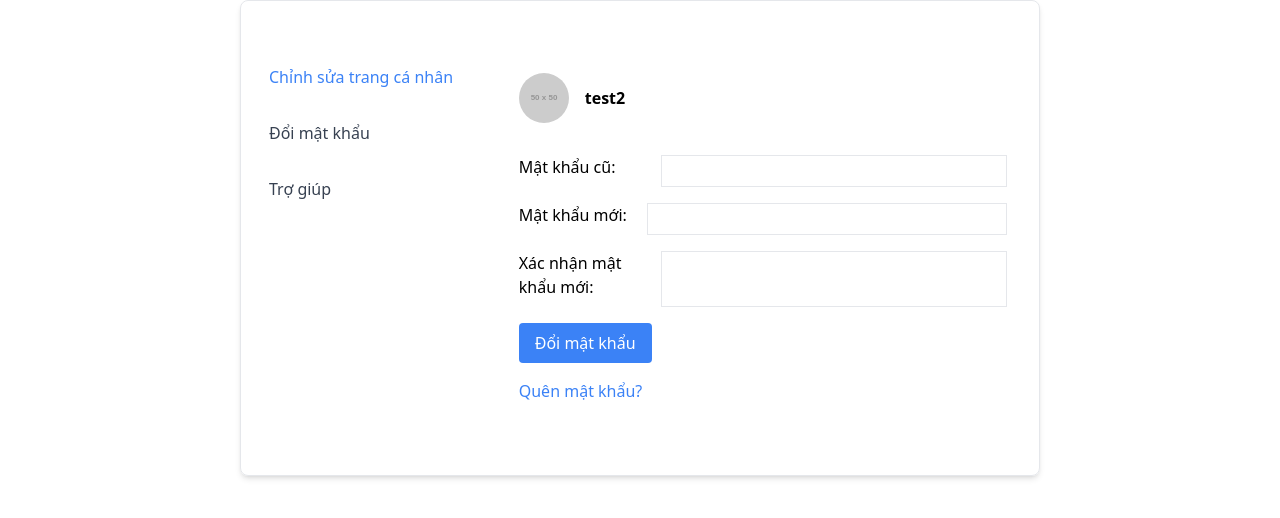
Repository: DangNgocDuong250903/2425_CS445AC_NHOM1
Page: /changepassword (app in social_fe/)
The author's editor kept a copy of each file at every save. The page is drawn from the files as they stood at one save, then again after a run of saves.
The browser window is 1280 px wide. The pictures show the whole page.
The project was rebuilt for these pictures with package versions that can differ from the ones it lists, and the page was loaded fresh each time. Also part of the build but not shown: social_fe/vite.config.js, social_fe/src/components/Button/index.jsx, social_fe/src/assets/index.js, social_fe/src/components/FriendCard/index.jsx, social_fe/src/components/Loading/index.jsx, social_fe/src/components/PostCard/index.jsx, social_fe/src/components/ProfileCard/index.jsx, social_fe/src/components/TextInput/index.jsx and 9 more.

Above is the page before, as saved 2024-11-05 16:51:54.

### social_fe/index.html
<!DOCTYPE html>
<html lang="en">
  <head>
    <meta charset="UTF-8" />
    <link rel="icon" type="image/svg+xml" href="/public/logo.svg" />
    <meta name="viewport" content="width=device-width, initial-scale=1.0" />
    <title>LinkVerse</title>
  </head>
  <body>
    <div id="root"></div>
    <script type="module" src="/src/main.jsx"></script>
  </body>
</html>

### social_fe/src/main.jsx
import { StrictMode } from "react";
import { createRoot } from "react-dom/client";
import App from "./App.jsx";
import "./index.css";
import { store } from "./redux/store.js";
import { Provider } from "react-redux";
import { BrowserRouter } from "react-router-dom";

createRoot(document.getElementById("root")).render(
  <StrictMode>
    <Provider store={store}>
      <BrowserRouter>
        <App />
      </BrowserRouter>
    </Provider>
  </StrictMode>,
);

### social_fe/src/App.jsx
import { Outlet, Navigate, Route, Routes, useLocation } from "react-router-dom";
import {
  Home,
  Profile,
  Register,
  Login,
  ResetPassword,
  NotFound,
} from "./pages";
import { useSelector } from "react-redux";
import UpdateUser from "./pages/ProfilePage/updateUser";
import ChangePassword from "./pages/ProfilePage/ChangePassword";

const Layout = () => {
  const { user } = useSelector((state) => state.user);
  const location = useLocation();

  return user?.token ? (
    <Outlet />
  ) : (
    <Navigate to="/login" state={{ from: location }} replace />
  );
};

function App() {
  const { theme } = useSelector((state) => state.theme);

  return (
    <div data-theme={theme} className="w-full min-h-[100vh]">
      <Routes>
        <Route element={<Layout />}>
          <Route path="/" element={<Home />} />
          <Route path="/profile" element={<Profile />} />
          <Route path="/update_user" element={<UpdateUser />} />
          <Route path="/changepassword" element={<ChangePassword />} />




        </Route>

        <Route path="/register" element={<Register />} />
        <Route path="/login" element={<Login />} />
        <Route path="/reset-password" element={<ResetPassword />} />
        <Route path="*" element={<NotFound />} />
      </Routes>
    </div>
  );
}

export default App;

### social_fe/src/index.css
@tailwind base;
@tailwind components;
@tailwind utilities;

::-webkit-scrollbar {
    display: none;
     -ms-overflow-style: none;  /* IE and Edge */
    scrollbar-width: none;
  }

  .topbar{
  position: sticky;
  top: 0px;
  z-index: 49;
  }


  .dots-container {
    display: flex;
    align-items: center;
    justify-content: center;
    height: 100%;
    width: 100%;
    margin-bottom: 5px;
  }

  .dot {
    height: 12px;
    width: 12px;
    margin-right: 10px;
    border-radius: 10px;
    background-color: #fff;
    animation: pulse 1.5s infinite ease-in-out;
  }

  .dot:last-child {
    margin-right: 0;
  }

  .dot:nth-child(1) {
    animation-delay: -0.3s;
  }

  .dot:nth-child(2) {
    animation-delay: -0.1s;
  }

  .dot:nth-child(3) {
    animation-delay: 0.1s;
  }

  @keyframes pulse {
    0% {
      transform: scale(0.8);
      background-color: #b3d4fc;
      box-shadow: 0 0 0 0 rgba(178, 212, 252, 0.7);
    }

    50% {
      transform: scale(1.2);
      background-color: #4b79e4;
      box-shadow: 0 0 0 10px rgba(178, 212, 252, 0);
    }

    100% {
      transform: scale(0.8);
      background-color: #2584f8;
      box-shadow: 0 0 0 0 rgba(178, 212, 252, 0.7);
    }
  }

  @layer base {
    :root {
      --color-bg: 227 227 227;
      --color-primary: 255 255 255;
      --color-secondary:255 255 255;
      --color-ascent1: 0 0 0;
      --color-ascent2: 89 91 100;
      --color-blue: 6 90 216;
      --color-white: 255 255 255;

    }
    /* //15 23 42  21 30 49*/
    [data-theme="dark"] {
       --color-bg: 12 12 12;
       --color-primary: 31 31 31;
      --color-secondary: 47 45 48;
      --color-ascent1: 255 255 255;
      --color-ascent2: 164 161 162;
      --color-blue: 6 90 216;
      /* //16 176 255; */
      --color-white: 255 255 255;
    }
  }

### social_fe/src/redux/store.js
import { configureStore } from "@reduxjs/toolkit";

import { rootReducer } from "./reducer";

const store = configureStore({
  reducer: rootReducer,
});

const { dispatch } = store;

export { store, dispatch };

### social_fe/src/pages/index.js
import Home from "./HomePage";
import Login from "./LoginPage";
import NotFound from "./NotFoundPage";
import Profile from "./ProfilePage";
import Register from "./RegisterPage";
import ResetPassword from "./ResetPasswordPage";

export { Home, Login, NotFound, Profile, Register, ResetPassword };

### social_fe/src/pages/ProfilePage/ChangePassword.jsx
import React, { useState } from 'react';
import { Link, useNavigate } from 'react-router-dom';

const ChangePassword = () => {
    const [selectedLink, setSelectedLink] = useState(1);
    const navigate = useNavigate()
    const handleLinkClick = (linkIndex) => {
        setSelectedLink(linkIndex);
    };
    return (
        <div className="flex w-[800px] mx-auto pt-10 pb-10 border border-gray-200 shadow-md rounded-lg">
            <div className="w-1/3 p-4 bg-white rounded-md ">
                <ul className="flex flex-col ">

                    <Link
                        to="/update_user"
                        onClick={() => handleLinkClick(1)}
                        className={`mb-4 font-medium hover:bg-gray-200 px-3 py-2 rounded-lg ${selectedLink === 1 ? 'text-blue-500' : 'text-gray-700'}`}
                    >
                        Chỉnh sửa trang cá nhân
                    </Link>


                    <Link
                        to="/changepassword"
                        onClick={() => handleLinkClick(2)}
                        className={`mb-4 font-medium hover:bg-gray-200 px-3 py-2 rounded-lg ${selectedLink === 2 ? 'text-blue-500' : 'text-gray-700'}`}
                    >
                        Đổi mật khẩu
                    </Link>

                    <Link

                        onClick={() => handleLinkClick(3)}
                        className={`mb-4 font-medium hover:bg-gray-200 px-3 py-2 rounded-lg ${selectedLink === 3 ? 'text-blue-500' : 'text-gray-700'}`}
                    >
                        Trợ giúp
                    </Link>
                </ul>
            </div>
            <div className="w-3/4 p-8">
                <div className="flex items-center mb-8">
                    <img src="https://placehold.co/50x50" alt="User avatar" className="mr-4 rounded-full" />
                    <span className="font-bold">test2</span>
                </div>
                <div className="flex gap-5 mb-4">
                    <label className="w-1/4 mb-2">Mật khẩu cũ:</label>
                    <input type="password" className="flex-grow px-2 border" />
                </div>
                <div className="flex gap-5 mb-4">
                    <label className="mb-2 max-w">Mật khẩu mới:</label>
                    <input type="password" className="flex-grow px-2 border" />
                </div>
                <div className="flex gap-5 mb-4">
                    <label className="w-1/4 mb-2">Xác nhận mật khẩu mới:</label>
                    <input type="password" className="flex-grow px-2 border" />
                </div>
                <button className="px-4 py-2 text-white bg-blue-500 rounded">Đổi mật khẩu</button>
                <div className="mt-4">
                    <a href="#" className="text-blue-500">Quên mật khẩu?</a>
                </div>
            </div>
        </div>
    );
};

export default ChangePassword;

### social_fe/src/redux/reducer.js
import { combineReducers } from "@reduxjs/toolkit";

import postSlice from "./Slices/postSlice";
import themeSlice from "./Slices/theme";
import userSlice from "./Slices/userSlice";

const rootReducer = combineReducers({
  user: userSlice,
  theme: themeSlice,
  posts: postSlice,
});

export { rootReducer };

### social_fe/src/redux/Slices/postSlice.js
import { createSlice } from "@reduxjs/toolkit";

const initialState = {
  posts: {},
};

const postSlice = createSlice({
  name: "post",
  initialState,
  reducers: {
    getPosts(state, action) {
      state.posts = action.payload;
    },
  },
});

export default postSlice.reducer;

export function SetPosts(post) {
  return (dispatch) => {
    dispatch(postSlice.actions.getPosts(post));
  };
}

### social_fe/src/redux/Slices/theme.js
import { createSlice } from "@reduxjs/toolkit";

const initialState = {
  theme: JSON.parse(window?.localStorage.getItem("theme")) ?? "dark",
};

const themeSlice = createSlice({
  name: "theme",
  initialState,
  reducers: {
    setTheme(state, action) {
      state.theme = action.payload;
      localStorage.setItem("theme", JSON.stringify(action.payload));
    },
  },
});

export default themeSlice.reducer;

export function SetTheme(value) {
  return (dispatch) => {
    dispatch(themeSlice.actions.setTheme(value));
  };
}

### social_fe/src/redux/Slices/userSlice.js
import { createSlice } from "@reduxjs/toolkit";

import { user } from "../../assets/data";

const initialState = {
  user: JSON.parse(window?.localStorage.getItem("user")) ?? user,
  edit: false,
};

const userSlice = createSlice({
  name: "user",
  initialState,
  reducers: {
    login(state, action) {
      state.user = action.payload;
      localStorage.setItem("user", JSON.stringify(action.payload));
    },
    logout(state) {
      state.user = null;
      localStorage?.removeItem("user");
    },
    updateProfile(state, action) {
      state.edit = action.payload;
    },
  },
});
export default userSlice.reducer;

export function UserLogin(user) {
  return (dispatch) => {
    dispatch(userSlice.actions.login(user));
  };
}

export function Logout() {
  return (dispatch) => {
    dispatch(userSlice.actions.logout());
  };
}

export function UpdateProfile(val) {
  return (dispatch) => {
    dispatch(userSlice.actions.updateProfile(val));
  };
}

### social_fe/tailwind.config.js
/** @type {import('tailwindcss').Config} */
export default {
  content: [
    "./index.html",
    "./src/**/*.{js,ts,jsx,tsx}",
  ],
  theme: {
    extend: {
      colors: {
        bgColor: "rgb(var(--color-bg) / <alpha-value>)",
        primary: "rgb(var(--color-primary) / <alpha-value>)",
        secondary: "rgb(var(--color-secondary) / <alpha-value>)",
        customBlue: "rgb(var(--color-blue) / <alpha-value>)",
        white: "rgb(var(--color-white) / <alpha-value>)",
        ascent: {
          1: "rgb(var(--colorgit-ascent1) / <alpha-value>)",
          2: "rgb(var(--color-ascent2) / <alpha-value>)",
        },
      },
      screens: {
        sm: "640px",

        md: "768px",

        lg: "1024px",

        xl: "1280px",

        "2xl": "1536px",
      },
      extend: {
      },
    },
    plugins: [],
  }
}

Loaded but not shown: social_fe/src/assets/data.js (508 lines, source omitted)

After the next 5 saves:
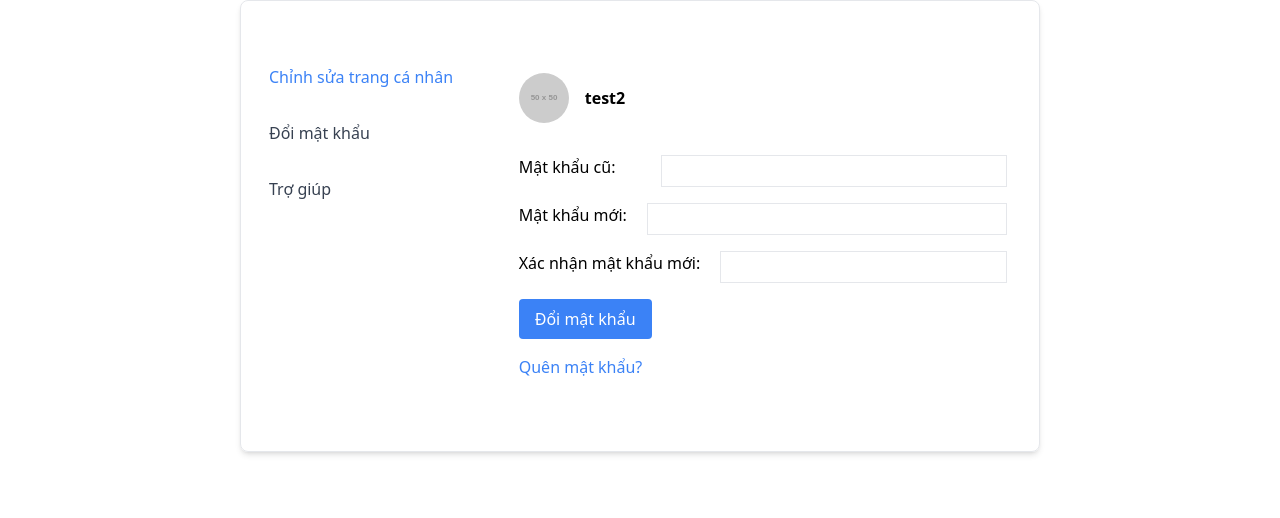
The 5 saves are shown as one change because they came seconds apart.
The last was saved 15 s later.
--- a/social_fe/src/pages/ProfilePage/ChangePassword.jsx
+++ b/social_fe/src/pages/ProfilePage/ChangePassword.jsx
@@ -48,11 +48,11 @@ const ChangePassword = () => {
                     <input type="password" className="flex-grow px-2 border" />
                 </div>
                 <div className="flex gap-5 mb-4">
-                    <label className="mb-2 max-w">Mật khẩu mới:</label>
+                    <label className="mb-2 ">Mật khẩu mới:</label>
                     <input type="password" className="flex-grow px-2 border" />
                 </div>
                 <div className="flex gap-5 mb-4">
-                    <label className="w-1/4 mb-2">Xác nhận mật khẩu mới:</label>
+                    <label className="mb-2 max-w ">Xác nhận mật khẩu mới:</label>
                     <input type="password" className="flex-grow px-2 border" />
                 </div>
                 <button className="px-4 py-2 text-white bg-blue-500 rounded">Đổi mật khẩu</button>
